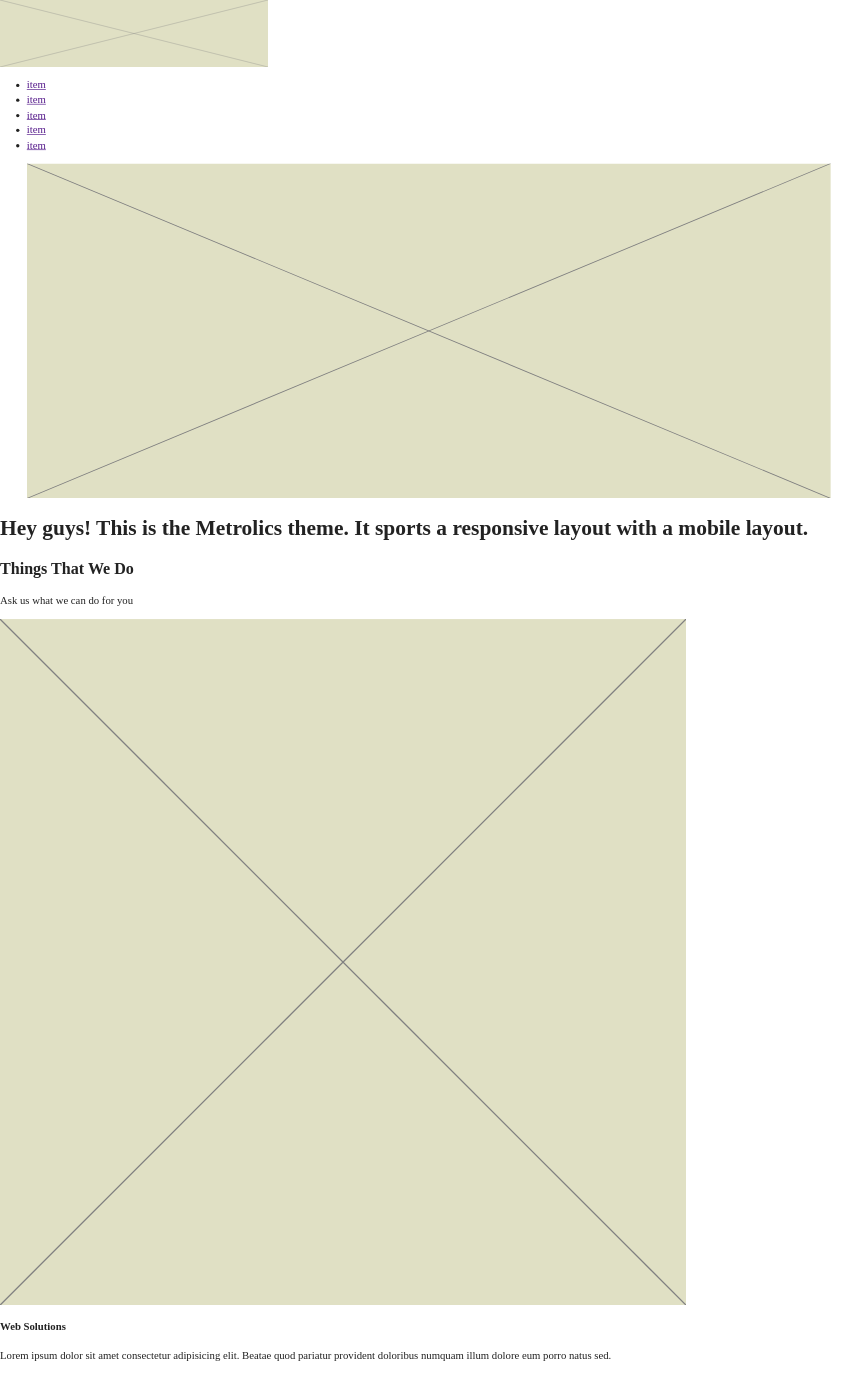
Repository: leahma1208/MDIA2003_Project1
Page: index.html
The author's editor kept a copy of each file at every save. The page is drawn from the files as they stood at one save, then again after the next save.
The browser window is 1280 px wide. The pictures show the whole page, at 67% of full size.

Above is the page before, as saved 2021-01-22 21:21:21.

After the next save:
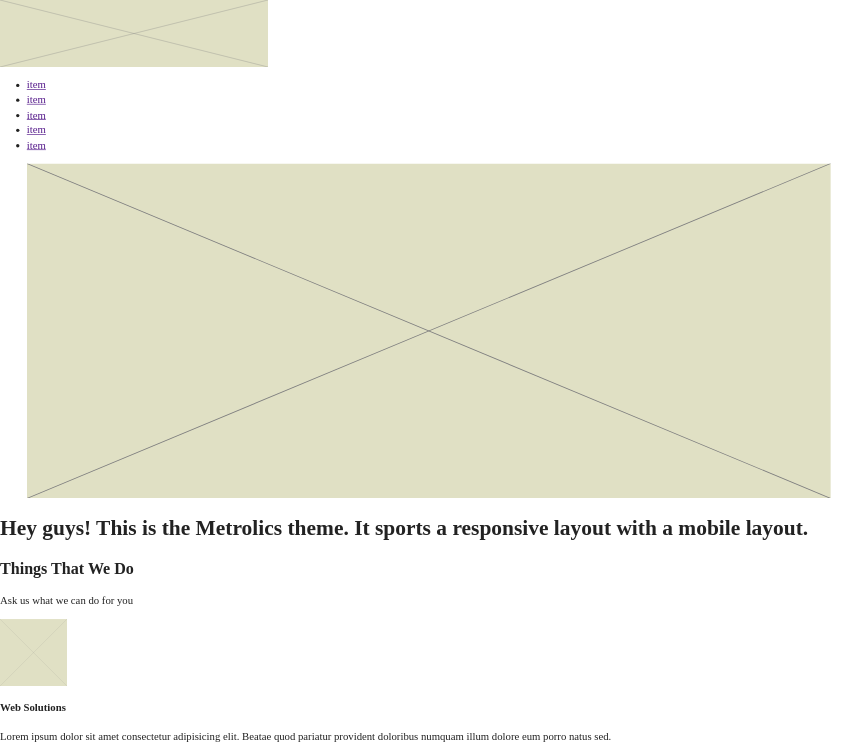
Saved 25 s later.
--- a/index.html
+++ b/index.html
@@ -55,7 +55,7 @@
     </div>
 
     <div class="web_solutions">
-      <img class="solution_icon" src="img/placeholder.svg" alt="websolution icon">
+      <img class="solution_icon" src="img/placeholder.svg" alt="websolution icon" width="100px" height="100px">
       <div class="solution_info">
         <h4>Web Solutions</h4>
         <p>Lorem ipsum dolor sit amet consectetur adipisicing elit.
